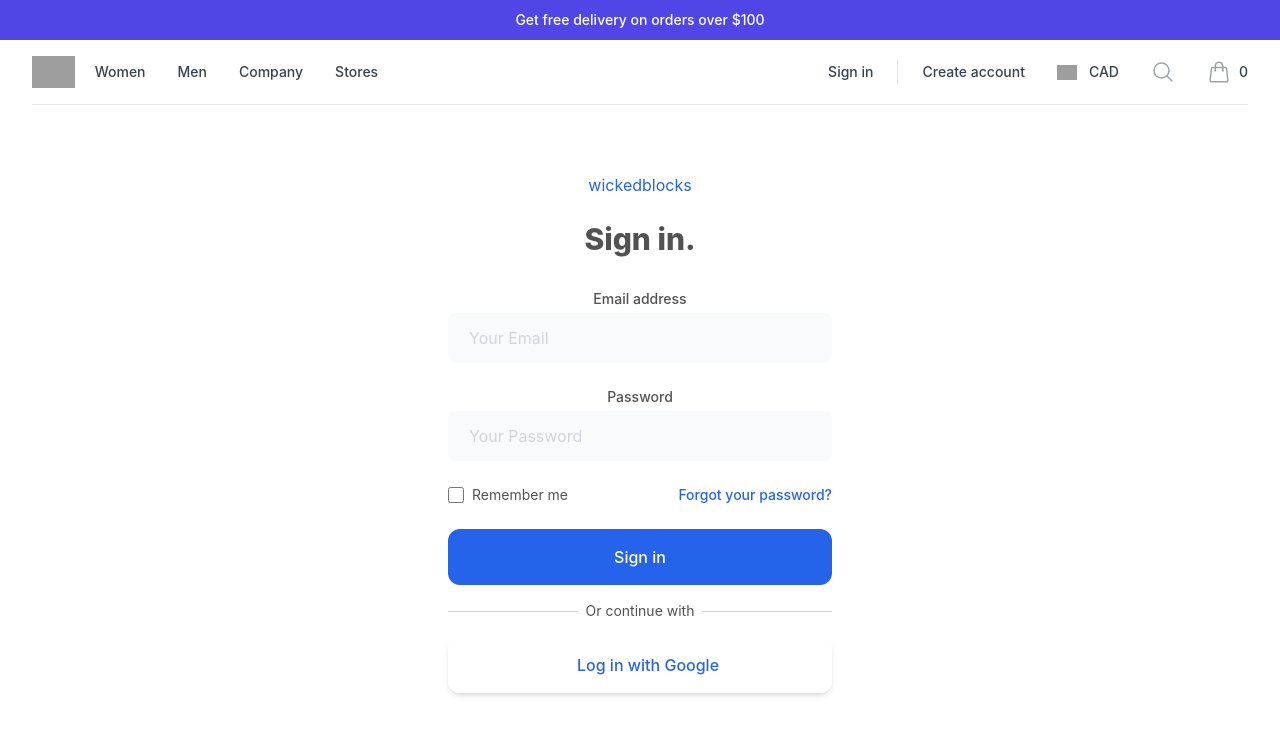
Repository: mehedi9465/Maiden_Wears
Page: /login
An editor plug-in stored every save of this project. The page is shown before and after the next save, followed by the edit.
The browser window is 1280 px wide. The pictures show the whole page.
Pictures or frames that could not be fetched are drawn as grey boxes. The page's requests for data from a server got no answer. The project was rebuilt for these pictures with package versions that can differ from the ones it lists, and the page was loaded fresh each time. No one was signed in, and anything a server would have sent is missing. Also part of the build but not shown: src/Components/Home/Promo/Promo.js, src/Components/Home/NewArrivals/NewArrivals.js, src/Components/Home/Brands/Brands.js, src/Components/Home/Home/Home.js, src/Components/Authentication/Register/Register.js, src/Components/Products/Products.js.

Above is the page before, as saved 2022-12-29 19:32:23.

### src/App.js
import logo from "./logo.svg";
import "./App.css";
import Navigation from "./Components/Home/Navigation/Navigation";
import Promo from "./Components/Home/Promo/Promo";
import NewArrivals from "./Components/Home/NewArrivals/NewArrivals";
import Brands from "./Components/Home/Brands/Brands";
import Home from "./Components/Home/Home/Home";
import AuthProvider from "./Components/Authentication/context/AuthProvider";
import {
  BrowserRouter,
  BrowserRouter as Router,
  Route,
  Routes,
  useLocation,
} from "react-router-dom";
import Login from "./Components/Authentication/Login/Login";
import Register from "./Components/Authentication/Register/Register";
import Products from "./Components/Products/Products";

function App() {
  return (
    <div className="App">
      <Router>
        <AuthProvider>
          <Navigation />
          <Routes>
            <Route exact path="/" element={<Home />} />
            <Route exact path="/:routeId" element={<Products />} />
            <Route exact path="/login" element={<Login />} />
            <Route exact path="/register" element={<Register />} />
          </Routes>
        </AuthProvider>
      </Router>
    </div>
  );
}

export default App;

### src/Components/Home/Navigation/Navigation.js
import React from "react";
import { Fragment, useState } from "react";
import { Dialog, Popover, Tab, Transition } from "@headlessui/react";
import { Link } from "react-router-dom";
import {
  Bars3Icon,
  MagnifyingGlassIcon,
  ShoppingBagIcon,
  XMarkIcon,
} from "@heroicons/react/24/outline";

const pages = [
  { name: "women", href: "#" },
  { name: "men", href: "#" },
  { name: "company", href: "#" },
  { name: "stores", href: "#" },
];

const Navigation = () => {
  const [open, setOpen] = useState(false);

  return (
    <div className="bg-white">
      {/* Mobile menu */}
      <Transition.Root show={open} as={Fragment}>
        <Dialog as="div" className="relative z-40 lg:hidden" onClose={setOpen}>
          <Transition.Child
            as={Fragment}
            enter="transition-opacity ease-linear duration-300"
            enterFrom="opacity-0"
            enterTo="opacity-100"
            leave="transition-opacity ease-linear duration-300"
            leaveFrom="opacity-100"
            leaveTo="opacity-0"
          >
            <div className="fixed inset-0 bg-black bg-opacity-25" />
          </Transition.Child>

          <div className="fixed inset-0 z-40 flex">
            <Transition.Child
              as={Fragment}
              enter="transition ease-in-out duration-300 transform"
              enterFrom="-translate-x-full"
              enterTo="translate-x-0"
              leave="transition ease-in-out duration-300 transform"
              leaveFrom="translate-x-0"
              leaveTo="-translate-x-full"
            >
              <Dialog.Panel className="relative flex w-full max-w-xs flex-col overflow-y-auto bg-white pb-12 shadow-xl">
                <div className="flex px-4 pt-5 pb-2">
                  <button
                    type="button"
                    className="-m-2 inline-flex items-center justify-center rounded-md p-2 text-gray-400"
                    onClick={() => setOpen(false)}
                  >
                    <span className="sr-only">Close menu</span>
                    <XMarkIcon className="h-6 w-6" aria-hidden="true" />
                  </button>
                </div>

                <div className="space-y-6 border-t border-gray-200 py-6 px-4">
                  {pages.map((page) => (
                    <div key={page.name} className="flow-root ">
                      <a
                        href={page.href}
                        className="-m-2 block p-2 font-medium text-gray-900"
                      >
                        {page.name}
                      </a>
                    </div>
                  ))}
                </div>

                <div className="space-y-6 border-t border-gray-200 py-6 px-4">
                  <div className="flow-root">
                    <a
                      href="#"
                      className="-m-2 block p-2 font-medium text-gray-900"
                    >
                      Sign in
                    </a>
                  </div>
                  <div className="flow-root">
                    <a
                      href="#"
                      className="-m-2 block p-2 font-medium text-gray-900"
                    >
                      Create account
                    </a>
                  </div>
                </div>

                <div className="border-t border-gray-200 py-6 px-4">
                  <a href="#" className="-m-2 flex items-center p-2">
                    <img
                      src="https://tailwindui.com/img/flags/flag-canada.svg"
                      alt=""
                      className="block h-auto w-5 flex-shrink-0"
                    />
                    <span className="ml-3 block text-base font-medium text-gray-900">
                      CAD
                    </span>
                    <span className="sr-only">, change currency</span>
                  </a>
                </div>
              </Dialog.Panel>
            </Transition.Child>
          </div>
        </Dialog>
      </Transition.Root>

      {/* Mobile Menu  */}

      <header className="relative bg-white">
        <p className="flex h-10 items-center justify-center bg-indigo-600 px-4 text-sm font-medium text-white sm:px-6 lg:px-8">
          Get free delivery on orders over $100
        </p>

        <nav
          aria-label="Top"
          className="mx-auto max-w-7xl px-4 sm:px-6 lg:px-8"
        >
          <div className="border-b border-gray-200">
            <div className="flex h-16 items-center">
              <button
                type="button"
                className="rounded-md bg-white p-2 text-gray-400 lg:hidden"
                onClick={() => setOpen(true)}
              >
                <span className="sr-only">Open menu</span>
                <Bars3Icon className="h-6 w-6" aria-hidden="true" />
              </button>

              {/* Logo */}
              <div className="ml-4 flex lg:ml-0">
                <Link to="/">
                  <img
                    className="h-8 w-auto mr-5"
                    src="https://tailwindui.com/img/logos/mark.svg?color=indigo&shade=600"
                    alt=""
                  />
                </Link>
              </div>

              {/* Flyout menus */}
              <div className="flex h-full space-x-8">
                {pages.map((page) => (
                  <Link
                    to={`/${page}`}
                    key={page.name}
                    href={page.href}
                    className="flex items-center text-sm font-medium text-gray-700 hover:text-gray-800"
                  >
                    <span className="capitalize">{page.name}</span>
                  </Link>
                ))}
              </div>

              <div className="ml-auto flex items-center">
                <div className="hidden lg:flex lg:flex-1 lg:items-center lg:justify-end lg:space-x-6">
                  <a
                    href="#"
                    className="text-sm font-medium text-gray-700 hover:text-gray-800"
                  >
                    Sign in
                  </a>
                  <span className="h-6 w-px bg-gray-200" aria-hidden="true" />
                  <a
                    href="#"
                    className="text-sm font-medium text-gray-700 hover:text-gray-800"
                  >
                    Create account
                  </a>
                </div>

                <div className="hidden lg:ml-8 lg:flex">
                  <a
                    href="#"
                    className="flex items-center text-gray-700 hover:text-gray-800"
                  >
                    <img
                      src="https://tailwindui.com/img/flags/flag-canada.svg"
                      alt=""
                      className="block h-auto w-5 flex-shrink-0"
                    />
                    <span className="ml-3 block text-sm font-medium">CAD</span>
                    <span className="sr-only">, change currency</span>
                  </a>
                </div>

                {/* Search */}
                <div className="flex lg:ml-6">
                  <a href="#" className="p-2 text-gray-400 hover:text-gray-500">
                    <span className="sr-only">Search</span>
                    <MagnifyingGlassIcon
                      className="h-6 w-6"
                      aria-hidden="true"
                    />
                  </a>
                </div>

                {/* Cart */}
                <div className="ml-4 flow-root lg:ml-6">
                  <a href="#" className="group -m-2 flex items-center p-2">
                    <ShoppingBagIcon
                      className="h-6 w-6 flex-shrink-0 text-gray-400 group-hover:text-gray-500"
                      aria-hidden="true"
                    />
                    <span className="ml-2 text-sm font-medium text-gray-700 group-hover:text-gray-800">
                      0
                    </span>
                    <span className="sr-only">items in cart, view bag</span>
                  </a>
                </div>
              </div>
            </div>
          </div>
        </nav>
      </header>
      {/* Big Screen menu */}
    </div>
  );
};

export default Navigation;

### src/Components/Authentication/context/AuthProvider.js
import React, { createContext } from 'react';
import useFirebase from '../hooks/useFirebase';

export const AuthContext = createContext();

const AuthProvider = ({ children }) => {
    const allContext = useFirebase();
    return (
        <AuthContext.Provider value={allContext}>
            { children }
        </AuthContext.Provider>
    );
};

export default AuthProvider;

### src/Components/Authentication/Login/Login.js
import React from "react";

const Login = () => {
  return (
    <div>
      <section class=" overflow-hidden">
    <div class="flex min- overflow-hidden flex justify-center mt-5">
        <div class="flex flex-col justify-center flex-1 px-4 py-12 overflow-hidden sm:px-6 lg:flex-none lg:px-20 xl:px-24">
            <div class="w-full max-w-xl mx-auto lg:w-96">
                <div>
                    <a href="./index.html" class="text-blue-600 text-medium">wickedblocks</a>
                    <h2 class="mt-6 text-3xl font-extrabold text-neutral-600">Sign in.</h2>
                </div>

                <div class="mt-8">
                    <div class="mt-6">
                        <form action="#" method="POST" class="space-y-6">
                            <div>
                                <label for="email" class="block text-sm font-medium text-neutral-600"> Email address </label>
                                <div class="mt-1">
                                    <input id="email" name="email" type="email" autocomplete="email" required="" placeholder="Your Email" class="block w-full px-5 py-3 text-base text-neutral-600 placeholder-gray-300 transition duration-500 ease-in-out transform border border-transparent rounded-lg bg-gray-50 focus:outline-none focus:border-transparent focus:ring-2 focus:ring-white focus:ring-offset-2 focus:ring-offset-gray-300"/>
                                </div>
                            </div>

                            <div class="space-y-1">
                                <label for="password" class="block text-sm font-medium text-neutral-600"> Password </label>
                                <div class="mt-1">
                                    <input id="password" name="password" type="password" autocomplete="current-password" required="" placeholder="Your Password" class="block w-full px-5 py-3 text-base text-neutral-600 placeholder-gray-300 transition duration-500 ease-in-out transform border border-transparent rounded-lg bg-gray-50 focus:outline-none focus:border-transparent focus:ring-2 focus:ring-white focus:ring-offset-2 focus:ring-offset-gray-300"/>
                                </div>
                            </div>

                            <div class="flex items-center justify-between">
                                <div class="flex items-center">
                                    <input id="remember-me" name="remember-me" type="checkbox" placeholder="Your password" class="w-4 h-4 text-blue-600 border-gray-200 rounded focus:ring-blue-500" />
                                    <label for="remember-me" class="block ml-2 text-sm text-neutral-600"> Remember me </label>
                                </div>

                                <div class="text-sm">
                                    <a href="#" class="font-medium text-blue-600 hover:text-blue-500"> Forgot your password? </a>
                                </div>
                            </div>

                            <div>
                                <button type="submit" class="flex items-center justify-center w-full px-10 py-4 text-base font-medium text-center text-white transition duration-500 ease-in-out transform bg-blue-600 rounded-xl hover:bg-blue-700 focus:outline-none focus:ring-2 focus:ring-offset-2 focus:ring-blue-500">Sign in</button>
                            </div>
                        </form>
                        <div class="relative my-4">
                            <div class="absolute inset-0 flex items-center">
                                <div class="w-full border-t border-gray-300"></div>
                            </div>
                            <div class="relative flex justify-center text-sm">
                                <span class="px-2 text-neutral-600 bg-white"> Or continue with </span>
                            </div>
                        </div>
                        <div>
                            <button type="submit" class="w-full items-center block px-10 py-3.5 text-base font-medium text-center text-blue-600 transition duration-500 ease-in-out transform border-2 border-white shadow-md rounded-xl focus:outline-none focus:ring-2 focus:ring-offset-2 focus:ring-gray-500">
                                <div class="flex items-center justify-center">
                                    {/* <svg xmlns="http://www.w3.org/2000/svg" xmlns:xlink="http://www.w3.org/1999/xlink" class="w-6 h-6" viewBox="0 0 48 48">
                                        <defs>
                                            <path id="a" d="M44.5 20H24v8.5h11.8C34.7 33.9 30.1 37 24 37c-7.2 0-13-5.8-13-13s5.8-13 13-13c3.1 0 5.9 1.1 8.1 2.9l6.4-6.4C34.6 4.1 29.6 2 24 2 11.8 2 2 11.8 2 24s9.8 22 22 22c11 0 21-8 21-22 0-1.3-.2-2.7-.5-4z"></path>
                                        </defs>
                                        <clipPath id="b">
                                            <use xlink:href="#a" overflow="visible"></use>
                                        </clipPath>
                                        <path clip-path="url(#b)" fill="#FBBC05" d="M0 37V11l17 13z"></path>
                                        <path clip-path="url(#b)" fill="#EA4335" d="M0 11l17 13 7-6.1L48 14V0H0z"></path>
                                        <path clip-path="url(#b)" fill="#34A853" d="M0 37l30-23 7.9 1L48 0v48H0z"></path>
                                        <path clip-path="url(#b)" fill="#4285F4" d="M48 48L17 24l-4-3 35-10z"></path>
                                    </svg> */}
                                    <span class="ml-4"> Log in with Google</span>
                                </div>
                            </button>
                        </div>
                    </div>
                </div>
            </div>
        </div>
    </div>
</section>
    </div>
  );
};

export default Login;

### src/Components/Authentication/hooks/useFirebase.js
import { useEffect, useState } from "react";
import initializeAuth from "../Firebase/Firebase.initialize";
import {
  GoogleAuthProvider,
  getAuth,
  signInWithPopup,
  onAuthStateChanged,
  signOut,
  createUserWithEmailAndPassword,
  updateProfile,
  signInWithEmailAndPassword,
} from "firebase/auth";
import swal from "sweetalert";
import axios from "axios";

initializeAuth();

const useFirebase = () => {
  const [user, setUser] = useState({});
  const [error, setError] = useState("");
  const [isLoading, setIsLoading] = useState(true);
  const [isAdmin, setIsAdmin] = useState();

  const auth = getAuth();
  const googleProvider = new GoogleAuthProvider();

  const googleSignIn = (location, history) => {
    setIsLoading(true);
    signInWithPopup(auth, googleProvider)
      .then((res) => {
        const user = res.user;
        saveUser(user.email, user.displayName, "PUT");
        setError("");
        const des = location?.state?.from || "/";
        history.replace(des);
      })
      .catch((e) => setError(e.message))
      .finally(() => setIsLoading(false));
  };

  const registerUser = (name, email, password) => {
    setIsLoading(true);
    createUserWithEmailAndPassword(auth, email, password)
      .then((userCredential) => {
        setError("");
        saveUser(email, name, "POST");
        updateProfile(auth.currentUser, {
          displayName: name,
        })
          .then(() => {})
          .catch((e) => setError(e.message));
      })
      .catch((e) => setError(e.message))
      .finally(() => setIsLoading(false));
  };

  const loginUser = (email, password, location, history) => {
    setIsLoading(true);
    signInWithEmailAndPassword(auth, email, password)
      .then((userCredential) => {
        setError("");
        const des = location?.state?.from || "/";
        history.replace(des);
      })
      .catch((e) => setError(e.message))
      .finally(() => setIsLoading(false));
  };

  const logOut = () => {
    signOut(auth)
      .then(() => {})
      .catch((e) => setError(e.message));
  };

  const saveUser = (email, displayName, method) => {
    const user = { email, displayName };
    fetch("https://bikezone-server-hg7c.onrender.com/users", {
      method: method,
      headers: {
        "content-type": "application/json",
      },
      body: JSON.stringify(user),
    })
      .then((res) => res.json())
      .then((data) => {
        console.log(data);
        if (data.insertedId || data.acknowledged) {
          swal({
            title: "Welcome!",
            icon: "success",
            button: "ok",
          });
        } else {
          swal({
            title: "Something Went Wrong!",
            icon: "error",
            button: "ok",
          });
        }
      });
  };

  useEffect(() => {
    onAuthStateChanged(auth, (user) => {
      if (user) {
        setUser(user);
      } else {
        setUser({});
      }
      setIsLoading(false);
    });
  }, [auth]);

  useEffect(() => {
    if (user?.email) {
      axios
        .get(
          `https://bikezone-server-hg7c.onrender.com/users?email=${user?.email}`
        )
        .then(({ data }) => setIsAdmin(data.admin));
    }
  }, [user?.email]);

  return {
    user,
    error,
    isLoading,
    isAdmin,
    googleSignIn,
    registerUser,
    loginUser,
    logOut,
  };
};

export default useFirebase;

### src/Components/Authentication/Firebase/Firebase.initialize.js
import { initializeApp } from "firebase/app";
import firebaseConfig from "./Firebase.config";

const initializeAuth = () => {
    initializeApp(firebaseConfig);
}

export default initializeAuth;

### src/Components/Authentication/Firebase/Firebase.config.js
const firebaseConfig = {
  apiKey: process.env.REACT_APP_API_KEY,
  authDomain: process.env.REACT_APP_AUTH_DOMAIN,
  projectId: process.env.REACT_APP_PROJECT_ID,
  storageBucket: process.env.REACT_APP_STORAGE_BUCKET,
  messagingSenderId: process.env.REACT_APP_MESSAGING_SENDER_ID,
  appId: process.env.REACT_APP_ID,
};

export default firebaseConfig;

Loaded but not shown: public/index.html (common file); src/index.js (common file); src/index.css (common file); src/reportWebVitals.js (common file); src/App.css (common file); tailwind.config.js (common file)

After the next save:
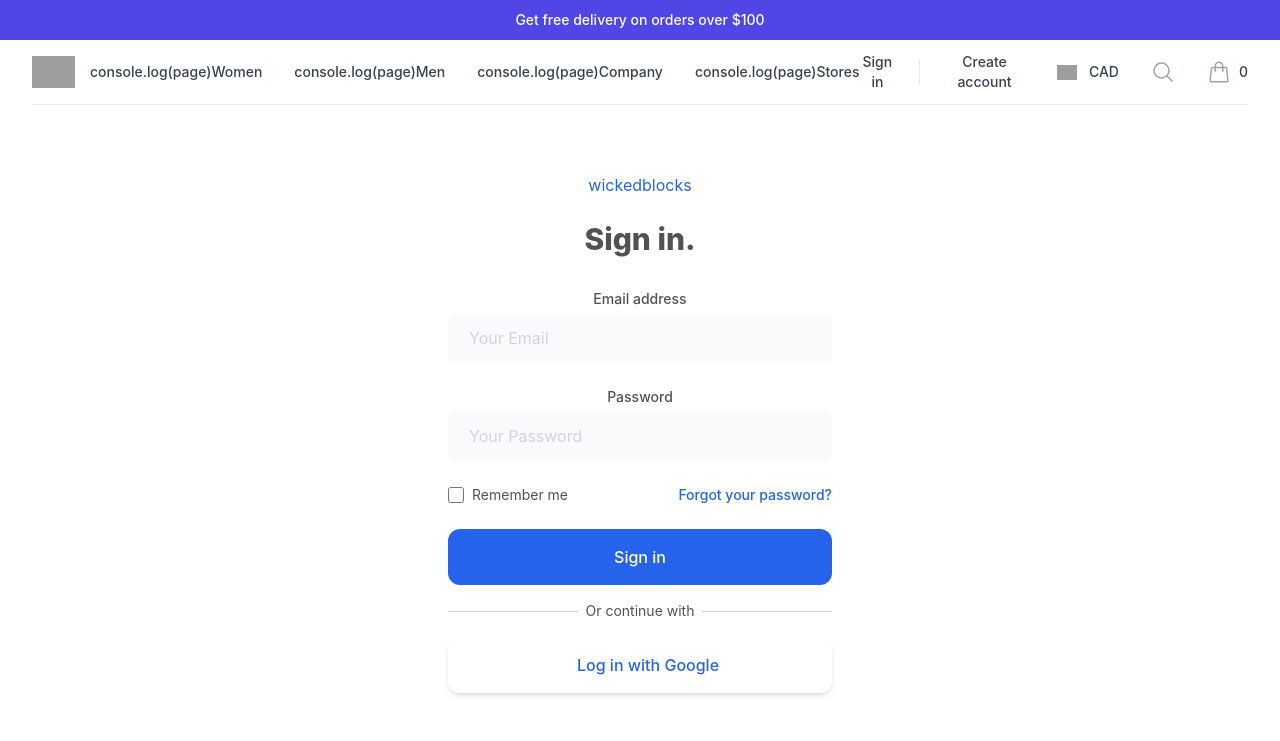
Saved 18 s later.
--- a/src/Components/Home/Navigation/Navigation.js
+++ b/src/Components/Home/Navigation/Navigation.js
@@ -151,6 +151,7 @@
                     href={page.href}
                     className="flex items-center text-sm font-medium text-gray-700 hover:text-gray-800"
                   >
+                    console.log(page)
                     <span className="capitalize">{page.name}</span>
                   </Link>
                 ))}

After the 2 saves that followed:
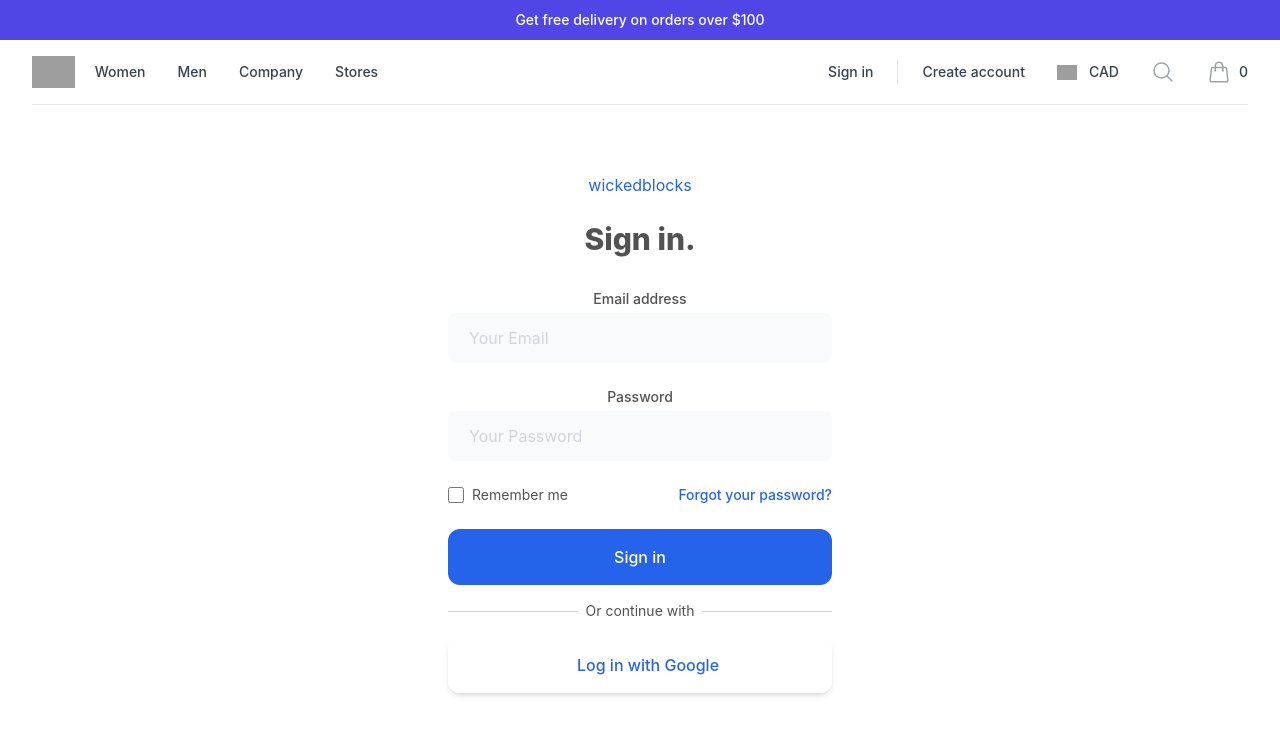
The 2 saves are shown as one change because 1 left the picture as it was.
The last was saved 19 s later.
--- a/src/Components/Home/Navigation/Navigation.js
+++ b/src/Components/Home/Navigation/Navigation.js
@@ -150,8 +150,8 @@
                     key={page.name}
                     href={page.href}
                     className="flex items-center text-sm font-medium text-gray-700 hover:text-gray-800"
-                  >
-                    console.log(page)
+                    >
+
                     <span className="capitalize">{page.name}</span>
                   </Link>
                 ))}
